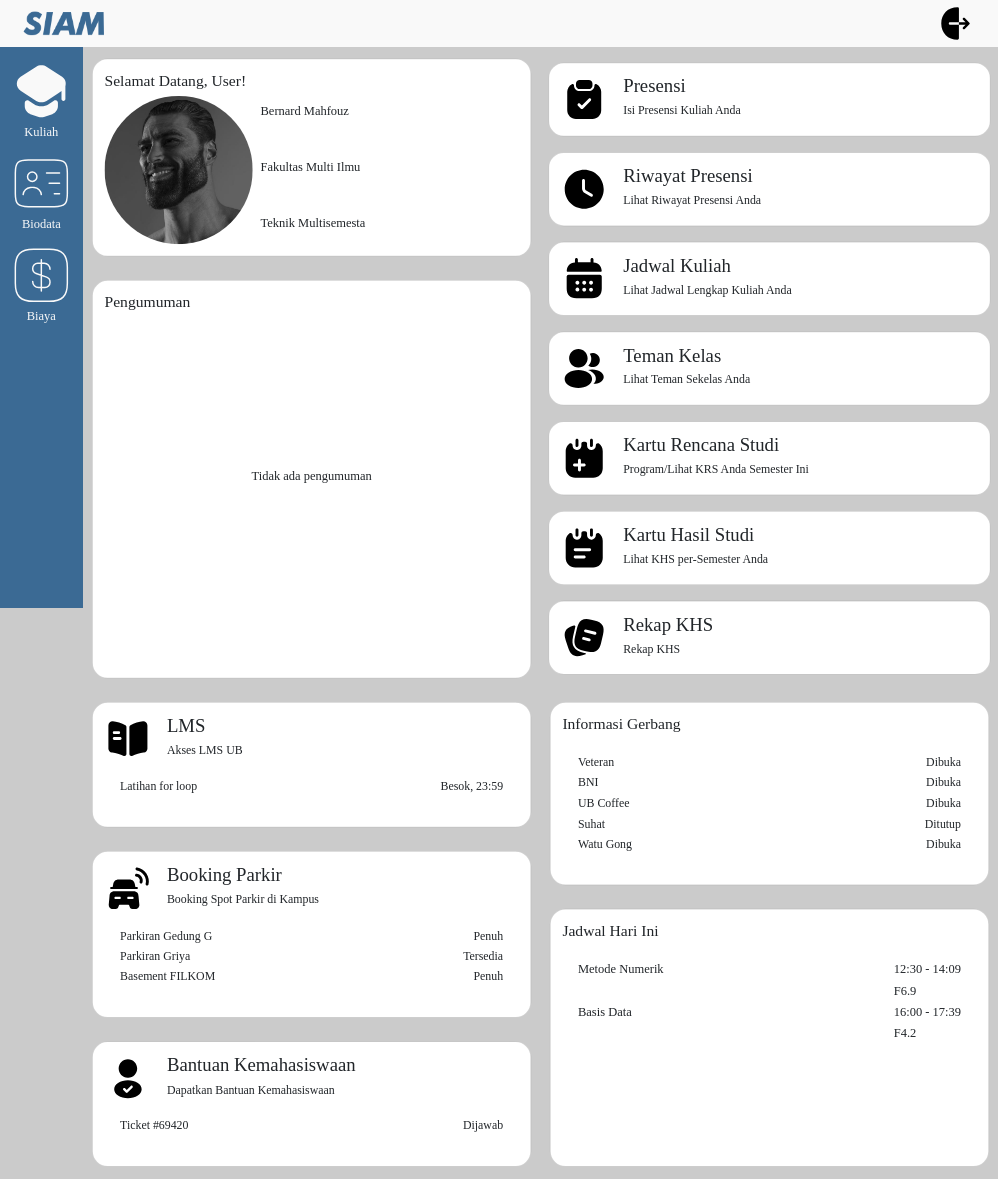
Repository: haikalirf/Project-IMK
Page: kuliah.html
An editor plug-in stored every save of this project. The page is shown before and after the next save, followed by the edit.
The browser window is 1280 px wide. The pictures show the whole page, at 78% of full size.
Some web fonts or font styles are not loaded; a fallback is used.

Above is the page before, as saved 2022-12-16 17:47:49.

### kuliah.html
<!DOCTYPE html>
<html lang="en">
<head>
	<meta charset="UTF-8">
	<meta http-equiv="X-UA-Compatible" content="IE=edge">
	<meta name="viewport" content="width=device-width, initial-scale=1.0">
	<title>SIAM</title>
	<link rel="icon" href="/assets/logo_ub.ico">
	<link rel="stylesheet" href="https://cdn.jsdelivr.net/npm/bootstrap@5.2.3/dist/css/bootstrap.min.css" integrity="sha384-rbsA2VBKQhggwzxH7pPCaAqO46MgnOM80zW1RWuH61DGLwZJEdK2Kadq2F9CUG65" crossorigin="anonymous">
	<link rel="stylesheet" href="/styles/kuliah.css">
</head>
<body>
	<nav class="navbar" id="navbar">
		<a class="navbar-brand" href="/kuliah.html">
			<img id="navbar-image" src="/assets/SIAM.png" alt="SIAM">
		</a>
		<a class="navbar-link" href="landing.html">
			<img id="navbar-image" src="/assets/Logout.svg" alt="Logout">
		</a>
	</nav>
	<main>
		<div class="mh-100" id="sidebar">
			<a class="btn" href="kuliah.html">
				<img id="sidebar-kuliah" src="/assets/Kuliah Logo.svg" alt="Kuliah">
				<label for="sidebar-kuliah">Kuliah</label>
			</a>
			<a class="btn" href="biodata.html">
				<img id="sidebar-biodata" src="/assets/Biodata Logo Kosong.svg" alt="Biodata">
				<label for="sidebar-biodata">Biodata</label>
			</a>
			<a class="btn" href="">
				<img id="sidebar-biaya" src="/assets/Biaya Logo Kosong.svg" alt="Biaya">
				<label for="sidebar-biaya">Biaya</label>
			</a>
		</div>
		<div class="row main-rows">
			<div class="col d-flex flex-column">
				<div class="card" id="card-user">
					<h5 class="card-title">Selamat Datang, User!</h5>
					<div class="card-body-user">
						<img class="rounded-circle" src="/assets/Mahfoudz.png" alt="User Image">
						<div class="card-text-user">
							<h6>Bernard Mahfouz</h6>
							<h6>Fakultas Multi Ilmu</h6>
							<h6>Teknik Multisemesta</h6>
						</div>
					</div>
				</div>
				<div class="card" id="card-pengumuman">
					<h5>Pengumuman</h5>
					<br>
					<div id="text-pengumuman">
						<h6>Tidak ada pengumuman</h6>
					</div>
				</div>
			</div>
			<div class="col d-flex flex-column col-pilihan">
				<div class="card card-pilihan">
					<div class="pilihan-body">
						<img src="/assets//Logo Presensi.svg" alt="">
						<div class="pilihan-text">
							<h4>Presensi</h4>
							<h6>Isi Presensi Kuliah Anda</h6>
						</div>
					</div>
					<a href="presensi.html">
						<span class="link-spanner"></span>
					</a>
				</div>
				<div class="card card-pilihan">
					<div class="pilihan-body">
						<img src="/assets/Logo Riwayat.svg" alt="">
						<div class="pilihan-text">
							<h4>Riwayat Presensi</h4>
							<h6>Lihat Riwayat Presensi Anda</h6>
						</div>
					</div>
					<a href="riwayatpresensi.html">
						<span class="link-spanner"></span>
					</a>
				</div>
				<div class="card card-pilihan">
					<div class="pilihan-body">
						<img src="/assets/Logo Jadwal.svg" alt="">
						<div class="pilihan-text">
							<h4>Jadwal Kuliah</h4>
							<h6>Lihat Jadwal Lengkap Kuliah Anda</h6>
						</div>
					</div>
					<a href="jadwal.html">
						<span class="link-spanner"></span>
					</a>
				</div>
				<div class="card card-pilihan">
					<div class="pilihan-body">
						<img src="/assets/Logo Teman.svg" alt="">
						<div class="pilihan-text">
							<h4>Teman Kelas</h4>
							<h6>Lihat Teman Sekelas Anda</h6>
						</div>
					</div>
				</div>
				<div class="card card-pilihan">
					<div class="pilihan-body">
						<img src="/assets/Logo KRS.svg" alt="">
						<div class="pilihan-text">
							<h4>Kartu Rencana Studi</h4>
							<h6>Program/Lihat KRS Anda Semester Ini</h6>
						</div>
					</div>
				</div>
				<div class="card card-pilihan">
					<div class="pilihan-body">
						<img src="/assets/Logo KHS.svg" alt="">
						<div class="pilihan-text">
							<h4>Kartu Hasil Studi</h4>
							<h6>Lihat KHS per-Semester Anda</h6>
						</div>
					</div>
				</div>
				<div class="card card-pilihan">
					<div class="pilihan-body">
						<img src="/assets//Logo Rekap.svg" alt="">
						<div class="pilihan-text">
							<h4>Rekap KHS</h4>
							<h6>Rekap KHS</h6>
						</div>
					</div>
				</div>
			</div>
			<div class="col d-flex flex-column">
				<div class="card card-extra">
					<div class="card-extra-top">
						<img src="/assets/Logo LMS.svg" alt="">
						<div class="card-extra-text">
							<h4>LMS</h4>
							<h6>Akses LMS UB</h6>
						</div>
					</div>
					<div class="card-extra-bottom">
						<ul class="list-group-flush">
							<li class="list-group-item">
								<div class="card-extra-list-item">
									<h6>Latihan for loop</h6>
									<h6>Besok, 23:59</h6>
								</div>
							</li>
						</ul>
					</div>
					<a href="lms.html">
						<span class="link-spanner"></span>
					</a>
				</div>
				<div class="card card-extra">
					<div class="card-extra-top">
						<img src="/assets/Logo Parkir.svg" alt="">
						<div class="card-extra-text">
							<h4>Booking Parkir</h4>
							<h6>Booking Spot Parkir di Kampus</h6>
						</div>
					</div>
					<div class="card-extra-bottom">
						<ul class="list-group-flush">
							<li class="list-group-item">
								<div class="card-extra-list-item">
									<h6>Parkiran Gedung G</h6>
									<h6>Penuh</h6>
								</div>
							</li>
							<li class="list-group-item">
								<div class="card-extra-list-item">
									<h6>Parkiran Griya</h6>
									<h6>Tersedia</h6>
								</div>
							</li>
							<li class="list-group-item">
								<div class="card-extra-list-item">
									<h6>Basement FILKOM</h6>
									<h6>Penuh</h6>
								</div>
							</li>
						</ul>
					</div>
					<a href="parkir.html">
						<span class="link-spanner"></span>
					</a>
				</div>
				<div class="card card-extra">
					<div class="card-extra-top">
						<img src="/assets/Logo Bantuan.svg" alt="">
						<div class="card-extra-text">
							<h4>Bantuan Kemahasiswaan</h4>
							<h6>Dapatkan Bantuan Kemahasiswaan</h6>
						</div>
					</div>
					<div class="card-extra-bottom">
						<ul class="list-group-flush">
							<li class="list-group-item">
								<div class="card-extra-list-item">
									<h6>Ticket #69420</h6>
									<h6>Dijawab</h6>
								</div>
							</li>
						</ul>
					</div>
					<a href="kemahasiswaan.html">
						<span class="link-spanner"></span>
					</a>
				</div>
			</div>
			<div class="col d-flex flex-column col-informasi">
				<div class="card card-gerbang">
					<h5 class="card-title">Informasi Gerbang</h5>
					<ul class="list-group-flush">
						<li class="list-group-item">
							<div class="card-extra-list-item">
								<h6>Veteran</h6>
								<h6>Dibuka</h6>
							</div>
						</li>
						<li class="list-group-item">
							<div class="card-extra-list-item">
								<h6>BNI</h6>
								<h6>Dibuka</h6>
							</div>
						</li>
						<li class="list-group-item">
							<div class="card-extra-list-item">
								<h6>UB Coffee</h6>
								<h6>Dibuka</h6>
							</div>
						</li>
						<li class="list-group-item">
							<div class="card-extra-list-item">
								<h6>Suhat</h6>
								<h6>Ditutup</h6>
							</div>
						</li>
						<li class="list-group-item">
							<div class="card-extra-list-item">
								<h6>Watu Gong</h6>
								<h6>Dibuka</h6>
							</div>
						</li>
					</ul>
				</div>
				<div class="card card-jadwal">
					<h5 class="card-title">Jadwal Hari Ini</h5>
					<ul class="list-group-flush">
						<li class="list-group-item">
							<div class="card-jadwal-list-item">
								<h6>Metode Numerik</h6>
								<div class="jadwal-item-time">
									<h6>12:30 - 14:09</h6>
									<h6>F6.9</h6>
								</div>
							</div>
						</li>
						<li class="list-group-item">
							<div class="card-jadwal-list-item">
								<h6>Basis Data</h6>
								<div class="jadwal-item-time">
									<h6>16:00 - 17:39</h6>
									<h6>F4.2</h6>
								</div>
							</div>
						</li>
					</ul>
				</div>
			</div>
		</div>
	</main>
	<script src="https://cdn.jsdelivr.net/npm/bootstrap@5.2.3/dist/js/bootstrap.bundle.min.js" integrity="sha384-kenU1KFdBIe4zVF0s0G1M5b4hcpxyD9F7jL+jjXkk+Q2h455rYXK/7HAuoJl+0I4" crossorigin="anonymous"></script>
</body>
</html>

### styles/kuliah.css
/* CSS Reset */
/*
	Josh's Custom CSS Reset
	https://www.joshwcomeau.com/css/custom-css-reset/
*/
*, *::before, *::after {
	box-sizing: border-box;
}
  * {
	margin: 0;
}
html, body {
	height: 100%;
}
body {
	line-height: 1.5;
	-webkit-font-smoothing: antialiased;
}
img, picture, video, canvas, svg {
	display: block;
	max-width: 100%;
}
input, button, textarea, select {
	font: inherit;
}
p, h1, h2, h3, h4, h5, h6 {
	overflow-wrap: break-word;
}
#root, #__next {
	isolation: isolate;
}
/* CSS Reset ends */

body {
	background-color: #cbcbcb;
	font-family: 'readex';
	font-size: 16px;
}

@font-face {
	font-family: 'readex';
	src:url('/assets/fonts/ReadexPro-Medium.ttf');
}

img {
	object-fit: cover;
}

#navbar {
	display: flex;
	justify-content: space-between;
	position: fixed;
	background-color: #f9f9f9;
	z-index: 1;
	width: 100%;
	padding: 0px 30px;
}

#navbar-image {
	height: 50px;
}

main {
	padding-top: 60px;
	display: flex;
	height: 100vh;
}

#sidebar {
	background-color: #3b6a94;
	display: flex;
	flex-direction: column;
	flex: 1;
	position: fixed;
	height: 100vh;
	padding-top: 10px;
}

#sidebar a:hover {
	background-color: #266093;
}

#sidebar img {
	width: 80px;
	height: 80px;
}

a img, a label {
	color: #f9f9f9;
}

.main-rows{
	margin: 0px;
	margin-left: 106px;
	width: calc(100% - 106px);
	flex: 100;
}

.link-spanner{
	position:absolute;
	width:100%;
	height:100%;
	top:0;
	left: 0;
	z-index: 1;
}

.card {
	margin: 15px 0px;
	padding: 15px;
	border-radius: 20px;
}

.card-body{
	display: flex;
	padding: 10px 0px 0px;
}

.card-body-user {
	display: flex;
}

.rounded-circle {
	width: 190px;
	height: ;
}

.card-text-user {
	margin: 10px 0px;
	margin-left: 10px;
	display: flex;
	flex-direction: column;
	justify-content: space-between;
}

#card-user {
	flex: 1;
}

#card-pengumuman {
	flex: 3;
	min-height: 300px;
}

#text-pengumuman {
	display: flex;
	justify-content: center;
	align-items: center;
	position: absolute;
	top:0;
	bottom: 0;
	left: 0;
	right: 0;
	margin: auto;
}

.col-pilihan {
	padding: 10px 0px;
}

.card-pilihan {
	flex: 1;
	margin: 10px;
	transition: 0.3s;
}

.card-pilihan:hover {
	background-color: #dddddd;
}

.pilihan-body {
	display: flex;
	position: relative;
	top: 50%;
	-webkit-transform: translateY(-50%);
	-ms-transform: translateY(-50%);
	transform: translateY(-50%);
}

.pilihan-body img {
	width: 60px;
	height: 60px;
	position: relative;
	top: 50%;
	-webkit-transform: translateY(-50%);
	-ms-transform: translateY(-50%);
	transform: translateY(-50%);
}

.pilihan-text {
	margin: 0px 20px;
}

.pilihan-text h6 {
	font-size: 0.95em;
}

.card-extra {
	flex: 1;
	transition: 0.3s;
}

.card-extra:hover {
	background-color: #dddddd;
}

.card-extra-top {
	display: flex;
}

.card-extra-top img {
	width: 60px;
	height: 60px;
	position: relative;
	top: 50%;
	-webkit-transform: translateY(-50%);
	-ms-transform: translateY(-50%);
	transform: translateY(-50%);
}

.card-extra-text {
	margin: 0px 20px;
}

.card-extra-text h6 {
	font-size: 0.95em;
}

.list-group-flush {
	margin: 20px;
	padding: 0px;
}

.card-extra-list-item {
	display: flex;
	justify-content: space-between;
}

.card-extra-list-item * {
	font-size: 0.95em;
}

.card-gerbang {
	flex: 1;
}

.card-jadwal {
	flex: 2;
}

.card-jadwal-list-item {
	display: flex;
	justify-content: space-between;
}

@media (max-width: 1400px) {
	.col {
		flex-basis: 50%;
	}
}

@media (max-width: 850px) {
	.col {
		flex-basis: 100%;
	}

}

@media (max-width: 550px) {
	.col {
		flex-basis: 100%;
	}

	.card-body-user {
		flex-direction: column;
	}

	.card-body-user img {
		max-width: 150px;
		max-height: 150px;
		align-self: center;
	}

	body {
		font-size: 0.8em;
	}

	h4 {
		font-size: 1.2em;
	}

	h5 {
		font-size: 1.2em;
	}

	.card-jadwal-list-item h6 {
		font-size: 1em;
	}

	.jadwal-item-time h6{
		font-size: 1em;
	}
}

After the next save:
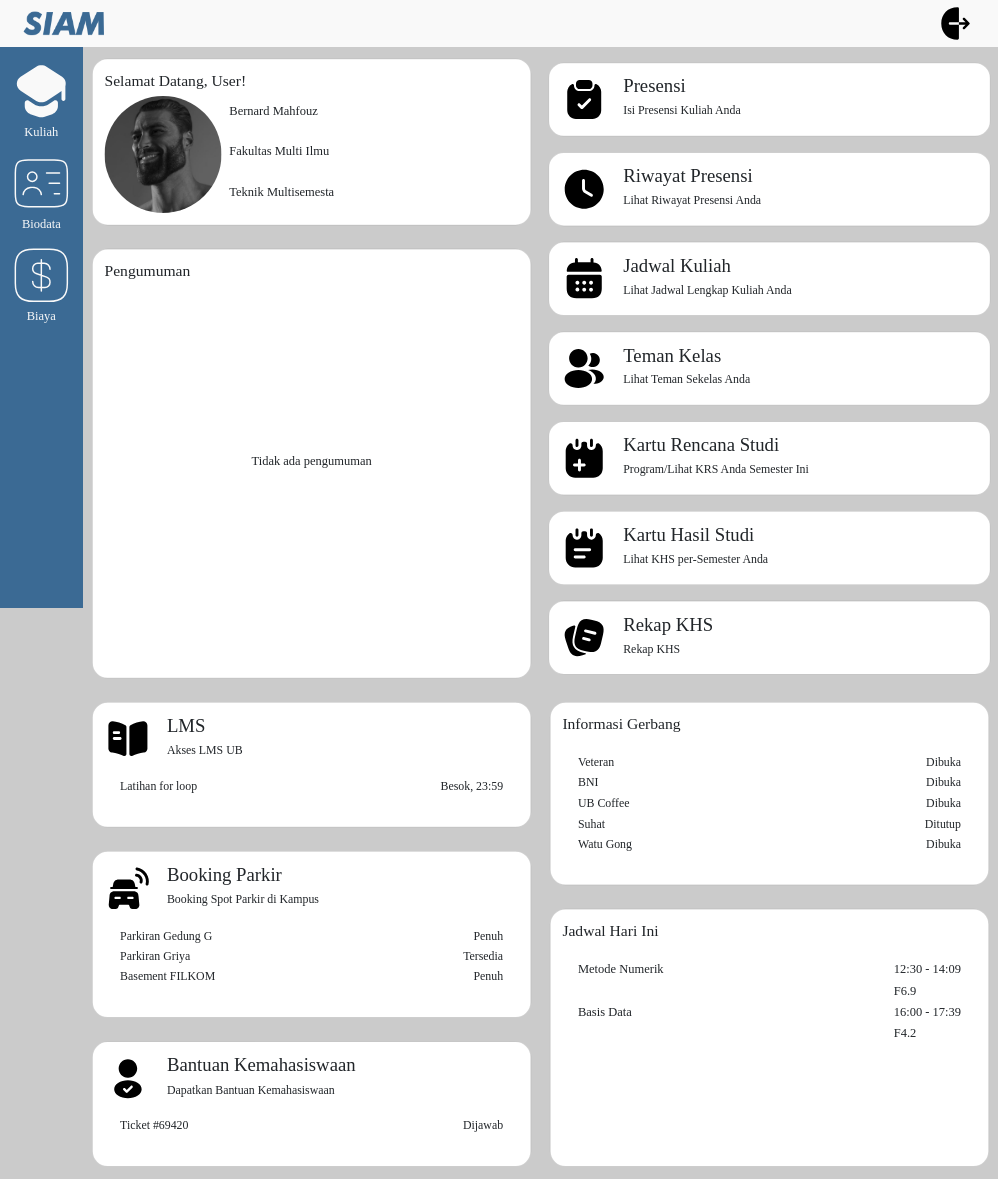
Saved 10 s later.
--- a/styles/kuliah.css
+++ b/styles/kuliah.css
@@ -121,8 +121,8 @@ a img, a label {
 }
 
 .rounded-circle {
-	width: 190px;
-	height: ;
+	width: 150px;
+	height: 150px;
 }
 
 .card-text-user {
